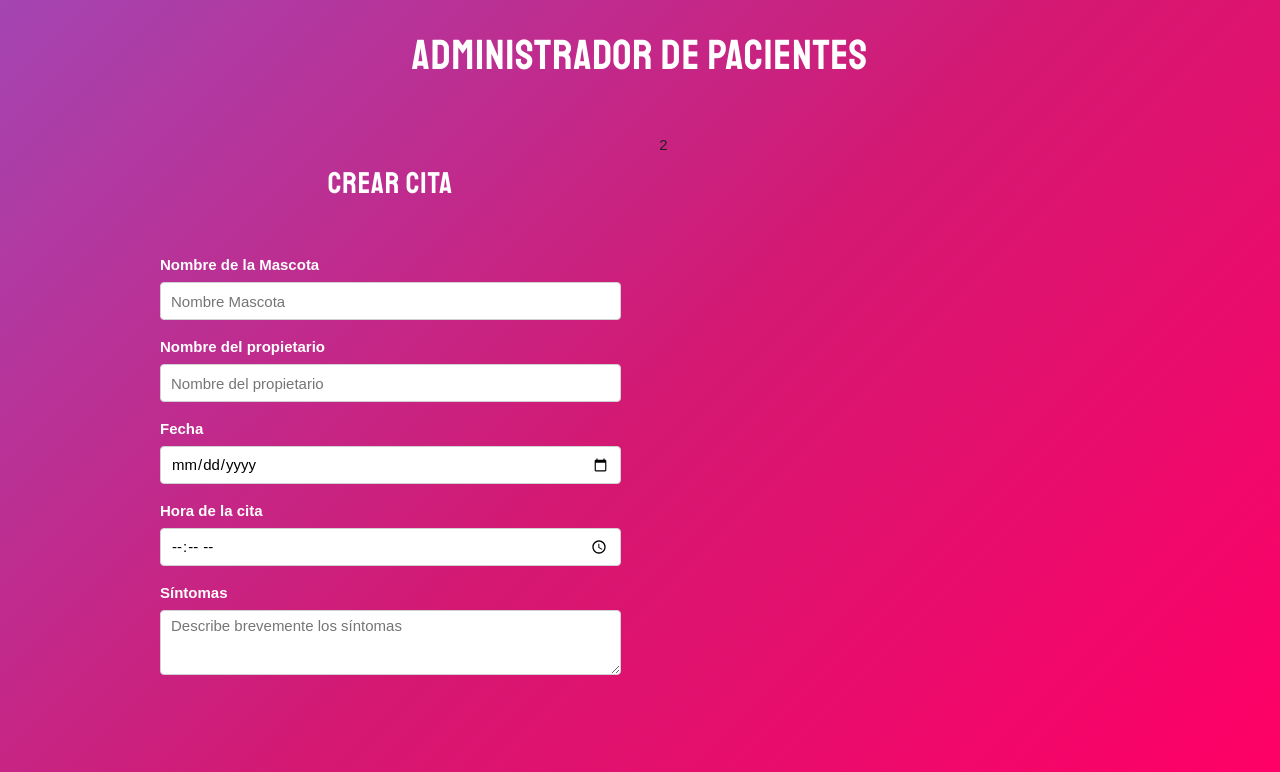
Repository: lmencos/pacientes
Page: /
An editor plug-in stored every save of this project. The page is shown before and after the next save, followed by the edit.
The browser window is 1280 px wide. The pictures show the whole page.
The project was rebuilt for these pictures with package versions that can differ from the ones it lists, and the page was loaded fresh each time.

Above is the page before, as saved 2020-08-10 17:54:12.

### src/index.css
html {
  min-height: 100%;
}
body {
  margin: 0;
  padding: 0;
  font-family: sans-serif;
  background-image: linear-gradient(-225deg, #A445B2 0%, #D41872 52%, #FF0066 100%);
  min-height: 100%;
  padding-bottom: 5rem;
}
h1, h2, h3, h4  {
  color: white;
  padding: 3rem 0;
  text-align: center;

  text-transform: uppercase;

  font-family: 'Staatliches', cursive;
  letter-spacing: 1px;
}
.lista-citas .media {
  border-bottom: 1px solid #e1e1e1;
  padding-bottom: 3rem;
}

.lista-citas .media:last-of-type{
  border-bottom: 0;
}
.lista-citas .media-body p {
  margin:0;
}
.lista-citas .media-body button {
  margin-top: 1rem!important;
}
.lista-citas .media-body span {
  font-weight: bold;
}

label {
  color: white;
}

input[type="date"],
input[type="time"] {
  height: 38px;
    padding: 6px 10px;
    background-color: #fff;
    border: 1px solid #D1D1D1;
    border-radius: 4px;
    box-shadow: none;
    box-sizing: border-box;
}

.cita {
  padding: 2rem;
  background: white;
  border-bottom: 1px solid #e1e1e1;
  color: black;
}

.cita p {
  font-weight: bold;
  margin-bottom: .8rem;
}
.cita p span {
  font-weight: normal;

}
.cita:first-of-type {
  border-top-left-radius: 1rem;
  border-top-right-radius: 1rem;
}
.cita:last-of-type {
  border-bottom-left-radius: 1rem;
  border-bottom-right-radius: 1rem;
}
.button.eliminar,
.button.eliminar:hover {
  background-color: #c10059;
  color: white;
  margin-top: 2rem;
}

.alerta-error {
  background-color: white;
  color: red;
  padding: 1rem;
  font-size: 2rem;
  text-transform: uppercase;
  text-align: center;
  font-family:  'Staatliches', cursive;
}

### src/App.js
import React, { Fragment } from 'react';
import Formulario from './components/Formulario';

function App() {
  return (
    <Fragment>
      <h2>Administrador de pacientes</h2>
      <div className="container">
        <div className="row">
          <div>
            <div className="one-half column">
              <Formulario

              />
            </div>
            <div className="one-half column">
              2
            </div>
          </div>
        </div>

      </div>
    </Fragment>
  );
}

export default App;

### src/components/Formulario.js
import React, { Fragment } from 'react';

const Formulario = () => {
  return (
    <Fragment>
      <h4>Crear cita</h4>
      <form action="">
        <label>Nombre de la Mascota</label>
        <input
          type="text"
          name="mascota"
          className="u-full-width"
          placeholder="Nombre Mascota"
        />
        <label>Nombre del propietario</label>
        <input
          type="text"
          name="propietario"
          className="u-full-width"
          placeholder="Nombre del propietario"
        />
        <label>Fecha</label>
        <input
          type="date"
          name="fecha"
          className="u-full-width"
        />
        <label>Hora de la cita</label>
        <input
          type="time"
          name="hora"
          className="u-full-width"
        />
        <label>Síntomas</label>
        <textarea
          name="sintomas"
          className="u-full-width"
          placeholder="Describe brevemente los síntomas"
        ></textarea>
      </form>
    </Fragment>
   );
}

export default Formulario;

Loaded but not shown: public/index.html (common file); src/index.js (common file); src/serviceWorker.js (common file)

After the next save:
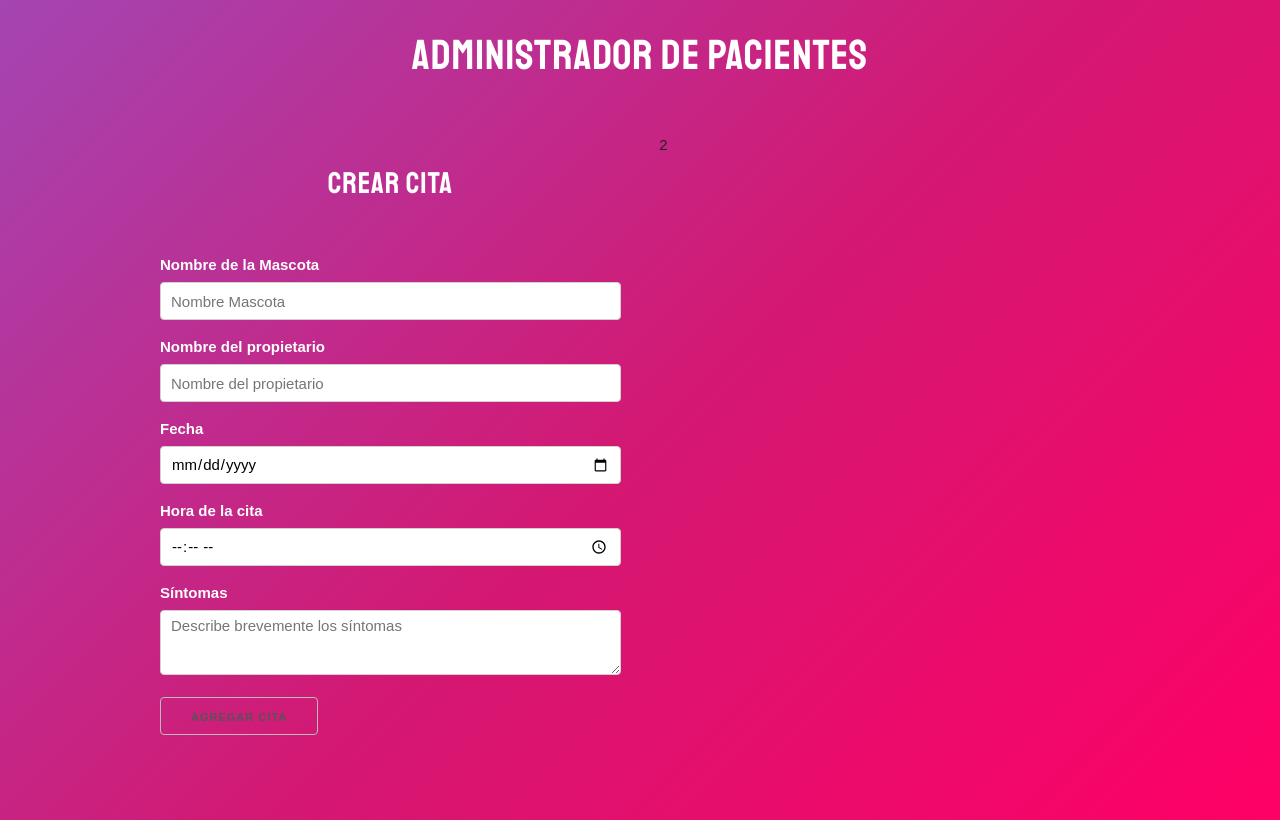
Saved 111 s later.
--- a/src/components/Formulario.js
+++ b/src/components/Formulario.js
@@ -37,6 +37,9 @@ const Formulario = () => {
           className="u-full-width"
           placeholder="Describe brevemente los síntomas"
         ></textarea>
+        <button
+
+        >Agregar cita</button>
       </form>
     </Fragment>
    );
